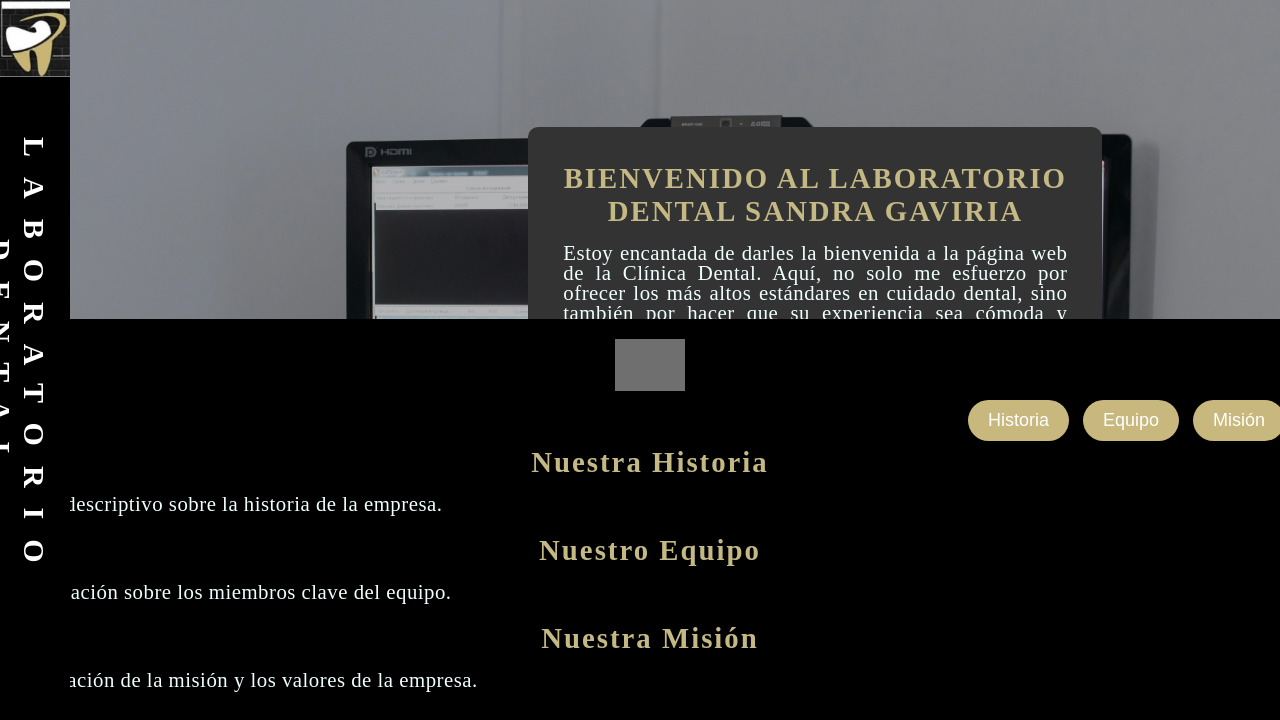
Repository: IIntef/ProyectoDental2.0
Page: Proyecto/Proyecto/Fer.html
The author's editor kept a copy of each file at every save. The page is drawn from the files as they stood at one save, then again after the next save.
The browser window is 1280 px wide. The pictures show the whole page.
Pictures or frames that could not be fetched are drawn as grey boxes.

Above is the page before, as saved 2024-06-19 14:10:50.

### Proyecto/Proyecto/Fer.html
<!DOCTYPE html>
<html lang="en">
<head>
    <meta charset="UTF-8">
    <meta name="viewport" content="width=device-width, initial-scale=1.0">
    <title>Inicio</title>
    <link rel="stylesheet" href="StyleFer.css">
</head>
<body>
    <header>
        <img src="Logo.jpeg" alt="Logo Laboratorio Dental">
        <h1>LABORATORIO DENTAL</h1>
    </header>
    <main>
        <div class="container">
        <h2>BIENVENIDO AL LABORATORIO DENTAL SANDRA GAVIRIA</h2>
        <P>Estoy encantada de darles la bienvenida a la página web de la Clínica Dental. Aquí, no solo me esfuerzo por ofrecer los más altos estándares
        en cuidado dental, sino también por hacer que su experiencia sea cómoda y conveniente desde el primer momento.
        En esta página, encontrarán una variedad de servicios diseñados para atender todas sus necesidades dentales, agendando citas de manera sencilla y rápida directamente desde nuestra página web. </P>
        <h3>¡Bienvenidos a la nueva era del cuidado dental personalizado y conveniente!</h3>
        <div class="buttons">
        <button id="Ingresar">Ingresar</button>
        </div>
    </div>
    <footer>
        <div class="contenedor1">
        <a href="https://www.facebook.com/profile.php?id=100042873386422&mibextid=ZbWKwL" class="icono-link">
            <img src="Facebook.png" alt="Facebook">
        </a>
        </div>
        <div class="about-us-tabs">
            <button class="tablink" onclick="openTab('history')">Historia</button>
            <button class="tablink" onclick="openTab('team')">Equipo</button>
            <button class="tablink" onclick="openTab('mission')">Misión</button>
        </div>

        <div id="history" class="tabcontent">
            <h2>Nuestra Historia</h2>
            <p>Texto descriptivo sobre la historia de la empresa.</p>
        </div>

        <div id="team" class="tabcontent">
            <h2>Nuestro Equipo</h2>
            <p>Información sobre los miembros clave del equipo.</p>
        </div>

        <div id="mission" class="tabcontent">
            <h2>Nuestra Misión</h2>
            <p>Explicación de la misión y los valores de la empresa.</p>
        </div>

    </footer>
    </main>
</body>
</html>

### Proyecto/Proyecto/StyleFer.css
header{
    position: relative;
    background-color: #000000;
    width: fit-content;
    height: 100vh;
    display: flex;
    flex-direction: column;
    align-items: center;
    justify-content: space-between;
    z-index: 1;
}

header h1 {
        position: absolute;
        top: 0;
        bottom: 0;
        left: 0;
        right: 0;
        margin: 27%;
        writing-mode: vertical-rl;
        letter-spacing: 20px;
        font-size: 30px;
        transform: rotate(0deg);
        color: #fff;
        font-weight: bold;
    }


header img {
    width: 8vw;
    max-width: 70px;
}

main{
    width: 100%;
    justify-content:center;
    align-items: center;
    margin-left: calc(55% - 6.5cm);
}

.container{
    flex: 1;
    background-color: #333;
    color: #ffffff;
    padding: 35px;
    text-align: center;
    width: 70vw;
    max-width: 70vh;
    border-radius: 10px;
}
body {
    padding: 0;
    margin: 0;
    font-family: 'Times New Roman', Times, serif, Helvetica, Arial, sans-serif;
    display: flex;
    align-items: center;
    min-height: 100%;
    background: linear-gradient(rgba(5,7,12,0.3), rgba(5,7,12,0.3)), url("Fondo.jpg"), no-repeat center center fixed;
    width: 100%;
    background-size: cover;
}

h1{
    margin: 0;
    color: white;
    font-family: 'Fredoka One';
    letter-spacing: 2px;
    font-size: clamp(1.5rem, 2.5vw, 2rem);
    text-align: center;
}

h2{
    margin: 0;
    color: #c4b884;
    font-family: 'Fredoka One';
    letter-spacing: 2px;
    font-size: clamp(1.2rem, 2.5vw, 1.8rem);
    text-align:center;
}

h3{
    color: #ffffff;
}

p{
    font-weight: 100;
    line-height: 20px;
    letter-spacing: 0.5px;
    margin: 15px 0 20px;
    font-size: clamp(1.2rem, 2.5vw, 1.3rem);
    text-align: justify;
    color:azure;
}


.buttons {
    margin-top: 20px;
    align-items: center;
}

button {
    font-size: large;
    background-color: #c8b87d;
    color: #ffffff;
    border: none;
    padding: 10px 20px;
    margin: 5px;
    cursor: pointer;
    border-radius: 30px; /* Bordes redondos */
    transition: background-color 0.3s; /* Transición suave del color de fondo */
}

button:hover {
    background-color: #c4b884; /* Cambia el color al pasar el cursor */
}

footer{
    position: fixed; /* Fijar el pie de página */
    bottom: 0; /* Alinearlo al fondo */
    left: 0; /* Alinearlo a la izquierda */
    width: 100%; /* Ocupar todo el ancho */
    background-color: #000000; /* Color de fondo */
    padding: 10px; /* Espaciado interior */
    text-align: right; /* Alinear contenido a la derecha */
    color: #ffffff; /* Color del texto */
}
h6{
    text-align: center;
    letter-spacing: 0cap;
}

footer img {
    width: 8vw;
    max-width: 70px;
}

.contenedor1 {
    margin-top: 10px;
    display: flex;
    flex-direction: column;
    align-items: center;
}


.icono-link {
    display: inline-block;
    margin: 0 10px;
    opacity: 0.7;
    transition: opacity 0.3s ease;
}

.icono-link:hover {
    opacity: 1;
}

After the next save:
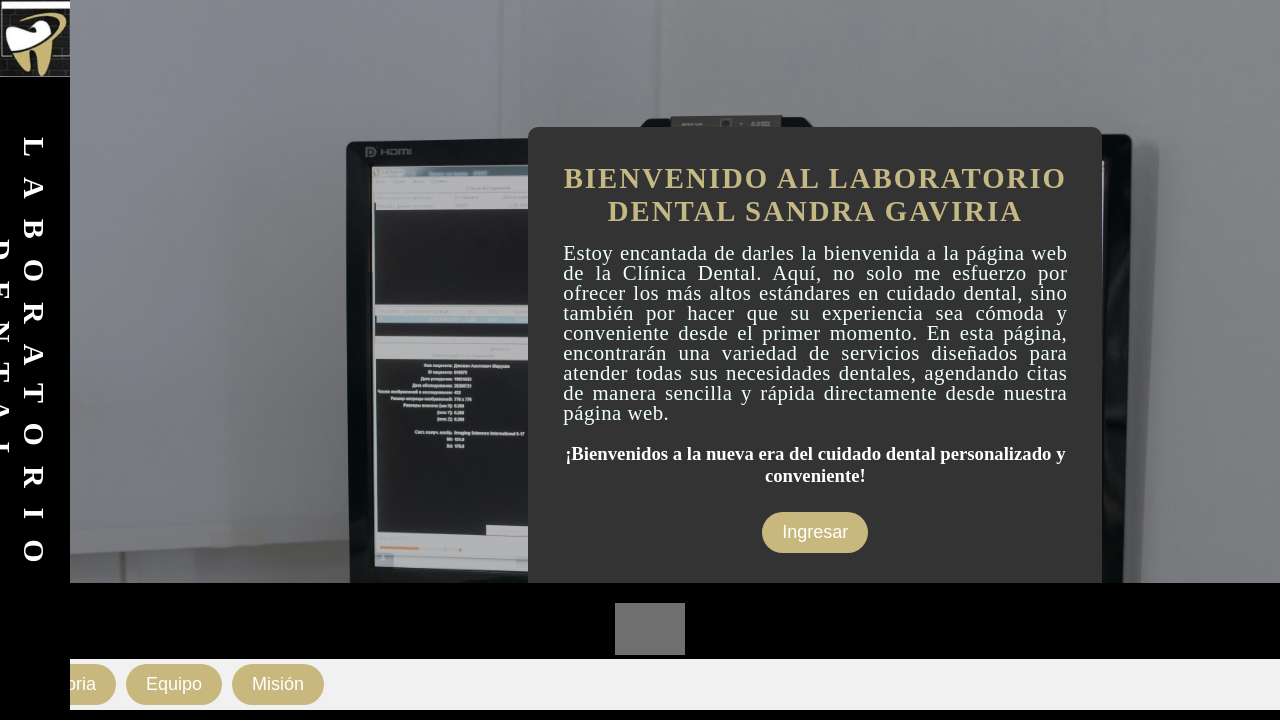
Saved 25 s later.
--- a/Proyecto/Proyecto/StyleFer.css
+++ b/Proyecto/Proyecto/StyleFer.css
@@ -152,3 +152,28 @@
 .icono-link:hover {
     opacity: 1;
 }
+.about-us-tabs {
+    overflow: hidden;
+    background-color: #f1f1f1;
+}
+
+.tablink {
+    float: left;
+    cursor: pointer;
+    padding: 10px 20px;
+    transition: background-color 0.3s;
+}
+
+.tablink:hover {
+    background-color: #ddd;
+}
+
+.tabcontent {
+    display: none;
+    padding: 20px;
+}
+
+/* Mostrar el tab activo */
+.tabcontent.active {
+    display: block;
+}

After the 2 saves that followed:
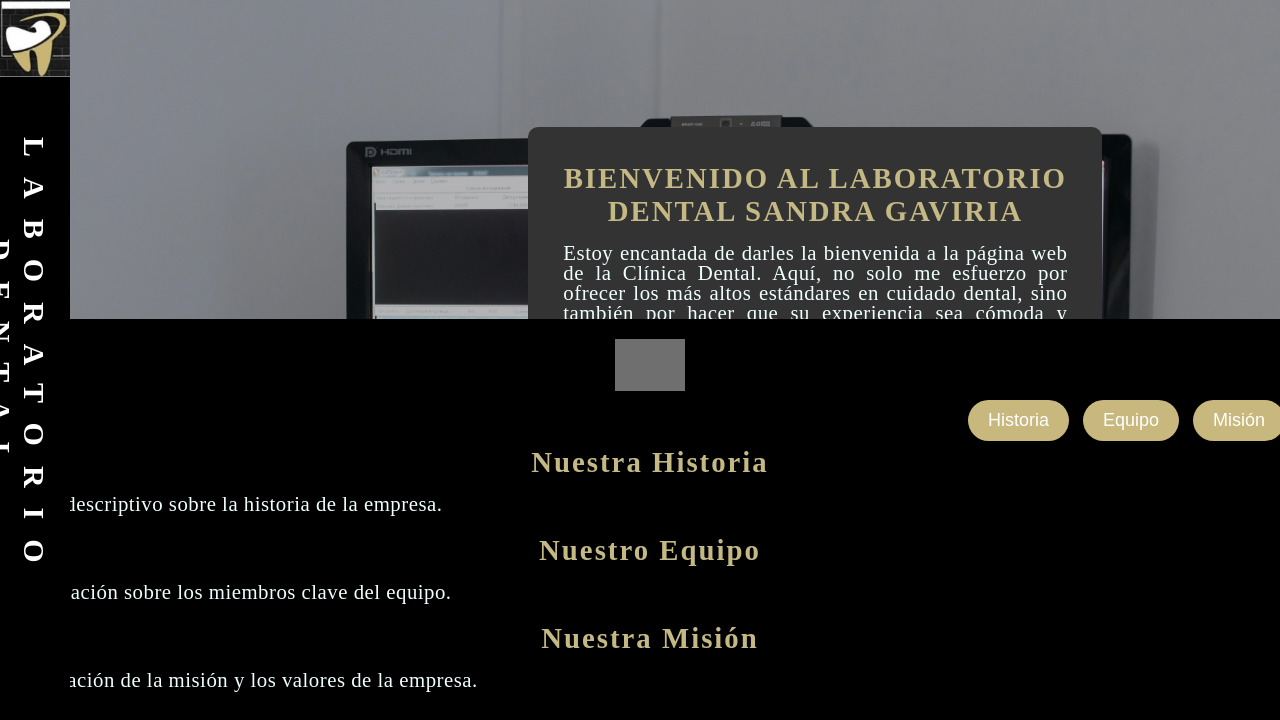
The 2 saves are shown as one change because 1 left the picture as it was.
The last was saved 2 min 18 s later.
--- a/Proyecto/Proyecto/Fer.html
+++ b/Proyecto/Proyecto/Fer.html
@@ -48,7 +48,6 @@
             <h2>Nuestra Misión</h2>
             <p>Explicación de la misión y los valores de la empresa.</p>
         </div>
-
     </footer>
     </main>
 </body>
--- a/Proyecto/Proyecto/StyleFer.css
+++ b/Proyecto/Proyecto/StyleFer.css
@@ -152,28 +152,38 @@
 .icono-link:hover {
     opacity: 1;
 }
-.about-us-tabs {
+
+.about-us-slider {
+    width: 100%;
     overflow: hidden;
-    background-color: #f1f1f1;
+    position: relative;
 }
 
-.tablink {
-    float: left;
-    cursor: pointer;
-    padding: 10px 20px;
-    transition: background-color 0.3s;
-}
-
-.tablink:hover {
-    background-color: #ddd;
-}
-
-.tabcontent {
+.slide {
     display: none;
     padding: 20px;
 }
 
-/* Mostrar el tab activo */
-.tabcontent.active {
+.slide.active {
     display: block;
 }
+
+/* Estilos para los botones de navegación (opcional) */
+.prev, .next {
+    cursor: pointer;
+    position: absolute;
+    top: 50%;
+    transform: translateY(-50%);
+    padding: 10px;
+    background-color: #333;
+    color: #fff;
+    z-index: 100;
+}
+
+.prev {
+    left: 0;
+}
+
+.next {
+    right: 0;
+}
